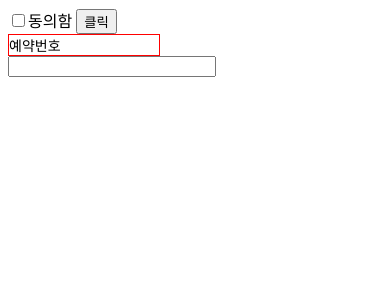
Repository: mekeyace/portfolio
Page: http://localhost/web/check.jsp
An editor plug-in stored every save of this project. The page is shown before and after the next save, followed by the edit.
The browser window is 375 px wide. The pictures show the whole page.
The page is served by Tomcat 9. Other server files are loaded and not shown.

Above is the page before, as saved 2023-06-22 02:45:47.

### maven/web/src/main/webapp/check.jsp
<%@ page language="java" contentType="text/html; charset=UTF-8"
    pageEncoding="UTF-8"%>
<!DOCTYPE html>
<html>
<head>
<meta charset="UTF-8">
<meta name="viewport" content="width=device-width, initial-scale=1" />
<title>Insert title here</title>
<style>
/*
.ins {
min-width:200px;
box-sizing: border-box;
}
*/
@media screen and (min-width:340px) and (max-width:560px){
.ins {
min-width:200px;
}
}

</style>
</head>
<body>
<!-- 체크박스1 : 체크시 : Y 미체크시 : N -->
<form id="frm" method="post" action="./checkok.do">
<input type="hidden" name="cks" value="N">
<input type="checkbox" id="agree">동의함
<input type="button" value="클릭" onclick="abc()">

<div style="font-size:14px; width:150px; border:1px solid red;">예약번호</div>
<input type="text" class="ins">
<br>
</form>
<!-- 체크박스2 : 체크시 : Y 미체크시 : null -->
</body>
<script>
function abc(){
	frm.submit();
}
</script>
</html>

After the next save:
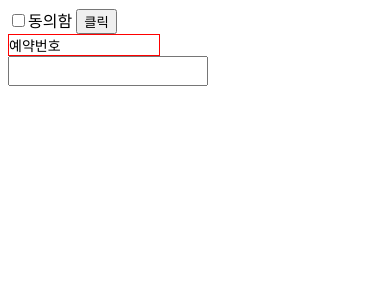
Saved 31 s later.
--- a/maven/web/src/main/webapp/check.jsp
+++ b/maven/web/src/main/webapp/check.jsp
@@ -16,6 +16,8 @@ box-sizing: border-box;
 @media screen and (min-width:340px) and (max-width:560px){
 .ins {
 min-width:200px;
+height:30px;
+box-sizing: border-box;
 }
 }
 
